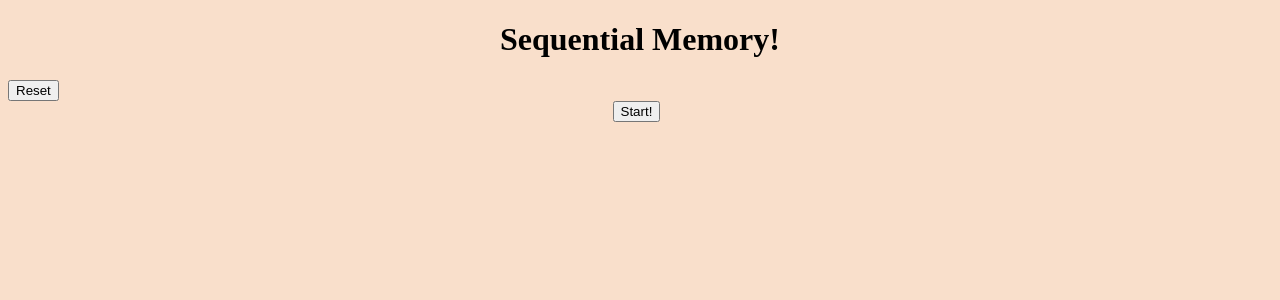
Repository: HyveMynd/htdocs
Page: PS1/MemoryNumbers.html
The author's editor kept a copy of each file at every save. The page is drawn from the files as they stood at one save, then again after the next save.
The browser window is 1280 px wide. The pictures show the whole page.
Some web libraries are served in a nearby version.

Above is the page before, as saved 2013-01-22 04:18:34.

After the next save:
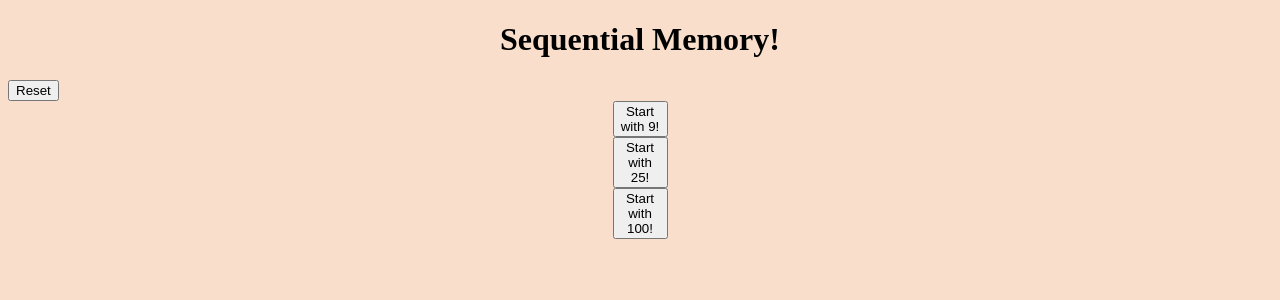
Saved 97 s later.
--- a/PS1/MemoryNumbers.html
+++ b/PS1/MemoryNumbers.html
@@ -12,7 +12,9 @@
 	<input id=reset type=button onclick=window.location.reload() value=Reset />
 <div class=gameboard ></div>
 <div class=select>
-	<button id=twentyfive type=button onclick="displayBoard(3)">Start!</button>
+	<button onclick="displayBoard(3)">Start with 9!</button>
+	<button onclick="displayBoard(3)">Start with 25!</button>
+	<button onclick="displayBoard(3)">Start with 100!</button>
 </div>
 </body>
 </html>
